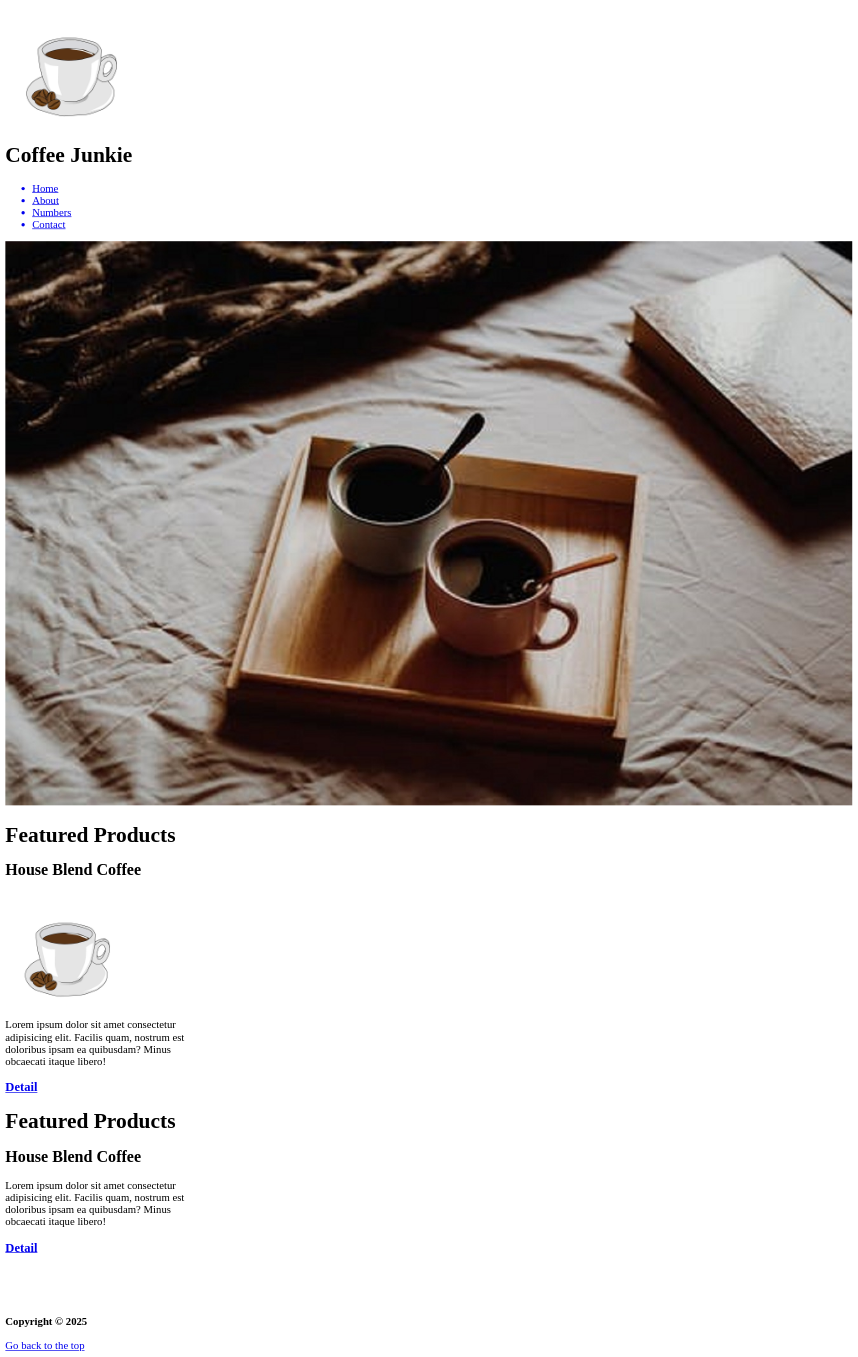
Repository: Tranghii/HTML-CSS
Page: HTML&CSS/miniExercise/index.html
The author's editor kept a copy of each file at every save. The page is drawn from the files as they stood at one save, then again after the next save.
The browser window is 1280 px wide. The pictures show the whole page, at 67% of full size.

Above is the page before, as saved 2025-10-11 22:28:46.

### HTML&CSS/miniExercise/index.html
<!DOCTYPE html>
<html lang="en">
<head>
    <meta charset="UTF-8">
    <meta name="viewport" content="width=device-width, initial-scale=1.0">
    <title>Coffee Junkie Home</title>
</head>
<body>
    <div>
        <img id="top" src="images/coffeelogo.png" height="180" alt="coffee">
        <h1>Coffee Junkie</h1>
        <ul>
            <a href="#"><li>Home</li></a>
            <a href="about.html"><li>About</li></a>
            <a href="number.html"><li>Numbers</li></a>
            <a href="contact.html"><li>Contact</li></a>
        </ul>
        <img src="images/coffeeimage.jpeg" width="100%" alt="coffee">

        <div id="Detail">
            <h1>Featured Products</h1>
            <h2>House Blend Coffee</h2>
            <img src="images/coffeelogo.png" width="300" alt="">
            <p>Lorem ipsum dolor sit amet consectetur <br>
                adipisicing elit. Facilis quam, nostrum est <br>
                doloribus ipsam ea quibusdam? Minus <br>
                obcaecati itaque libero!</p>
                <h3> <a href="details.html">Detail</a></h3>
        </div>

        <div id="French Roast">
           <h1>Featured Products</h1>
            <h2>House Blend Coffee</h2>
            <p>Lorem ipsum dolor sit amet consectetur <br>
                adipisicing elit. Facilis quam, nostrum est <br>
                doloribus ipsam ea quibusdam? Minus <br>
                obcaecati itaque libero!</p>
                <h3> <a href="details.html">Detail</a></h3>
        </div>

        <br><br><br><br>
        <strong>Copyright &copy; 2025</strong><br><br>
        <a href="#top">Go back to the top</a>
    </div>


</body>
</html>

After the next save:
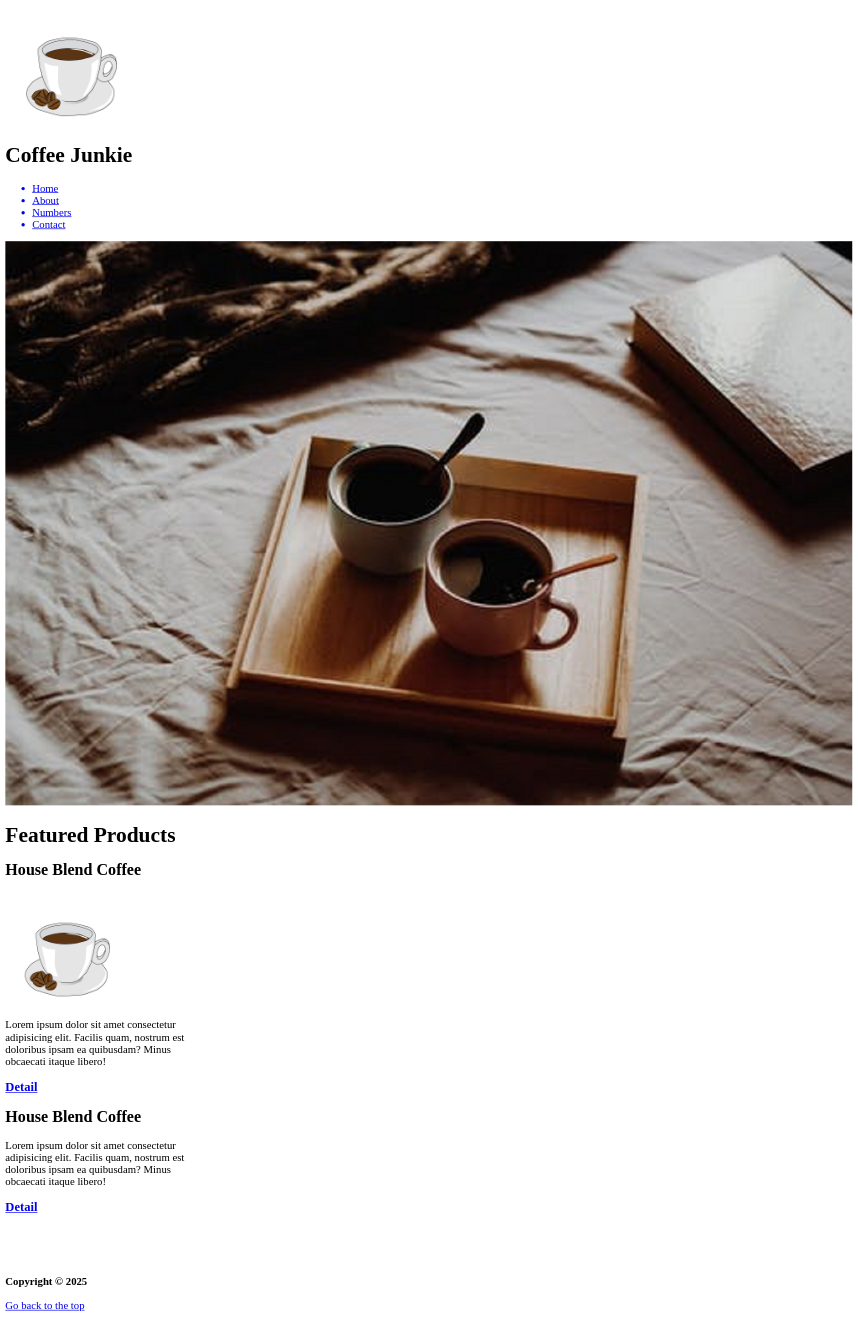
Saved 10 s later.
--- a/HTML&CSS/miniExercise/index.html
+++ b/HTML&CSS/miniExercise/index.html
@@ -29,7 +29,6 @@
         </div>
 
         <div id="French Roast">
-           <h1>Featured Products</h1>
             <h2>House Blend Coffee</h2>
             <p>Lorem ipsum dolor sit amet consectetur <br>
                 adipisicing elit. Facilis quam, nostrum est <br>
